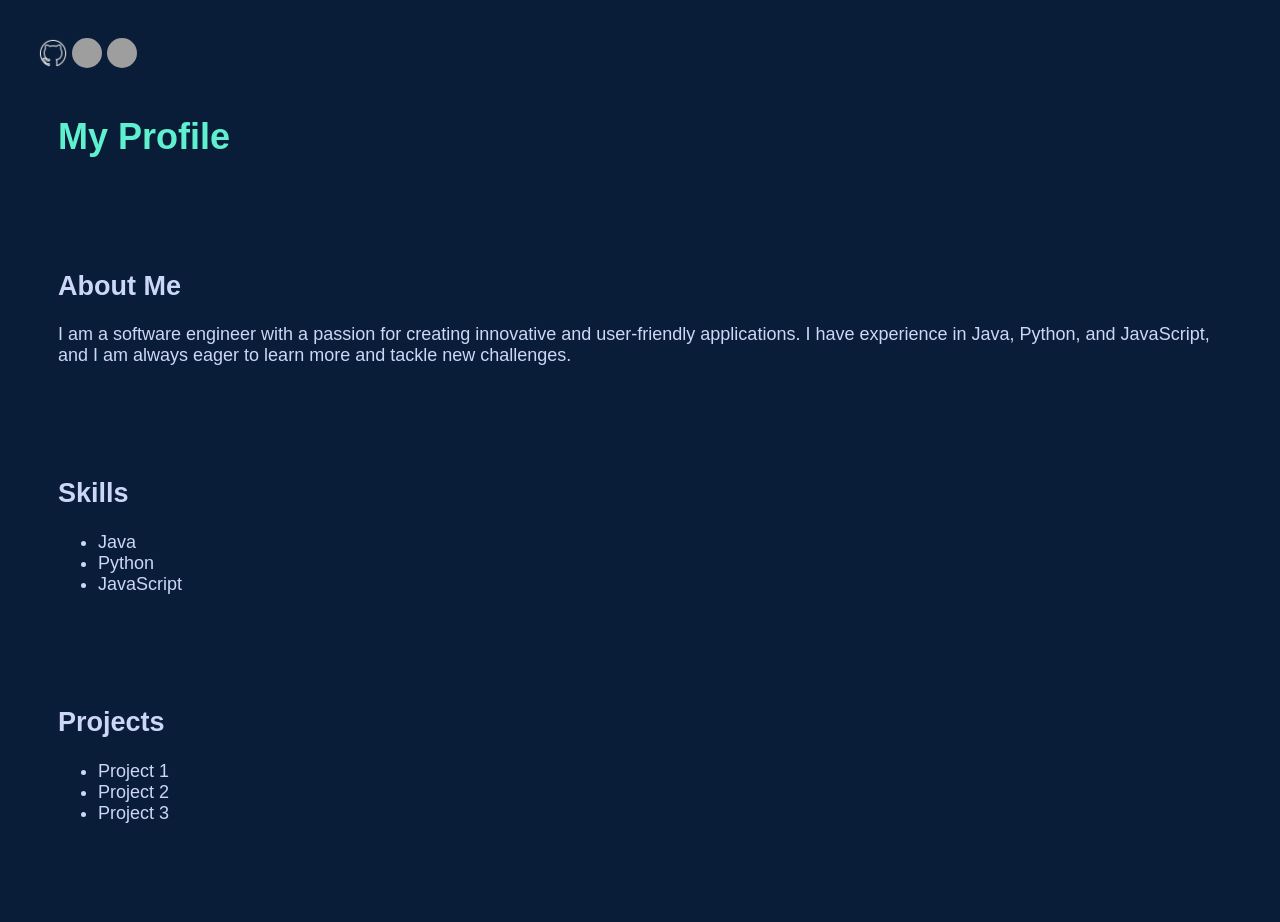
Repository: aoineco/portfolio
Page: index.html
These files come from the project's save history. The page is drawn as it stood at one moment and after the next save; the edit follows.
The browser window is 1280 px wide. The pictures show the whole page.
Pictures or frames that could not be fetched are drawn as grey boxes.

Above is the page before, as saved 2023-02-10 14:03:28.

After the next save:
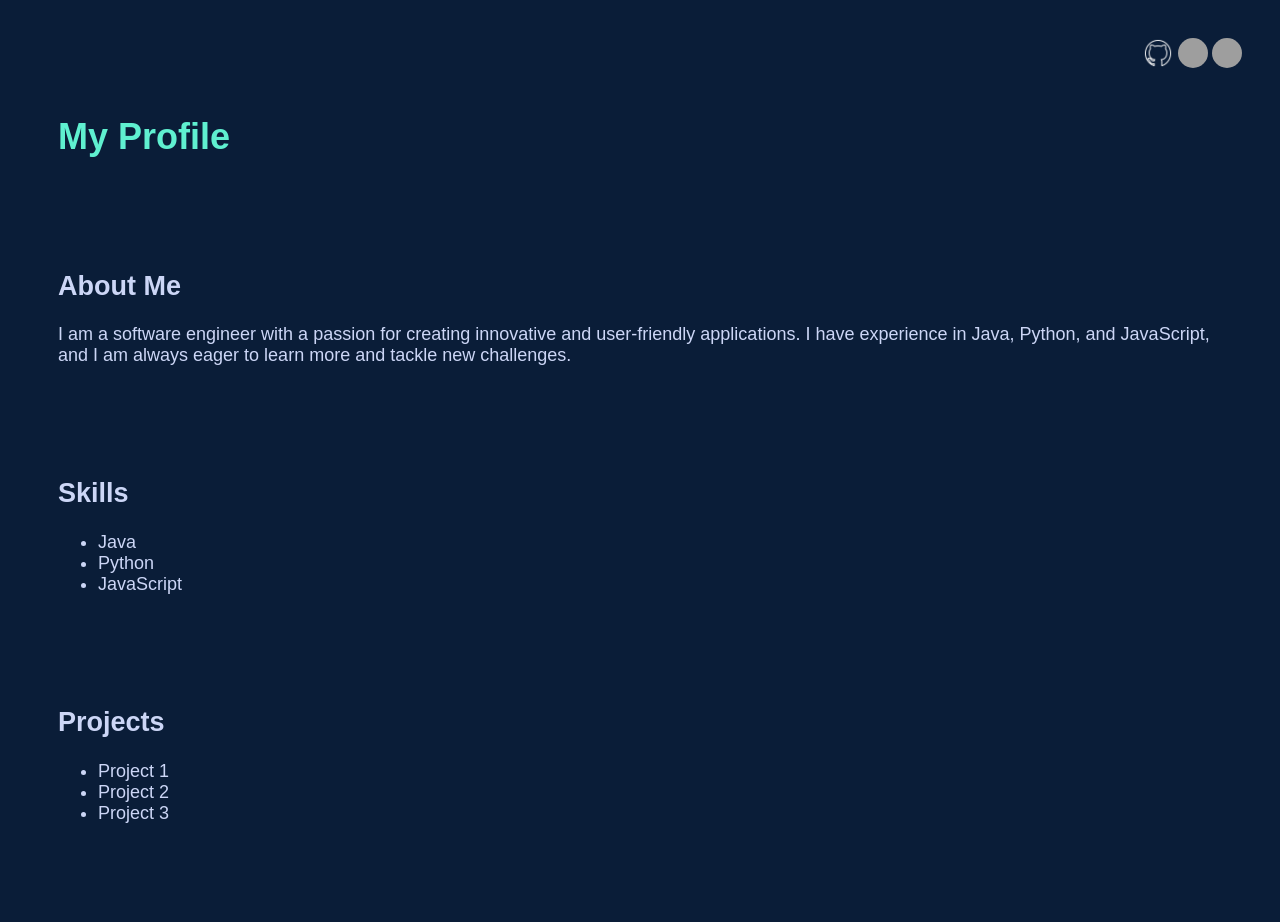
Saved 65 s later.
--- a/index.html
+++ b/index.html
@@ -8,6 +8,7 @@
 </head>
 
 <body>
+    <header>
     <nav>
         <a href="https://github.com/aoineco/">
             <img src="/Users/kiyomimasaya/portfolio/github.png" alt="GitHub">
@@ -19,6 +20,7 @@
             <img src="images/user-icon.png" alt="User">
         </a>
     </nav>
+</header>
     <main>
         <h1>My Profile</h1>
         <section id="about-me">
